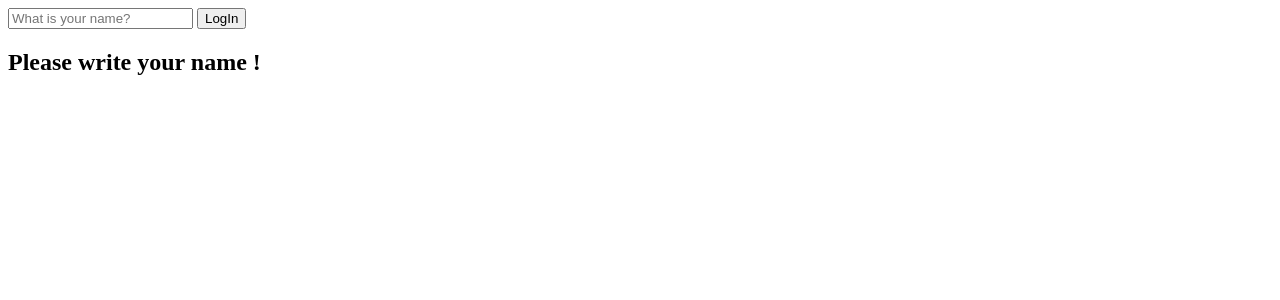
Repository: eunsuneun/js-momentum
Page: index.html
These files come from the project's save history. The page is drawn as it stood at one moment and after a run of saves; the edit follows.
The browser window is 1280 px wide. The pictures show the whole page.

Above is the page before, as saved 2021-09-01 15:02:32.

After the next 2 saves:
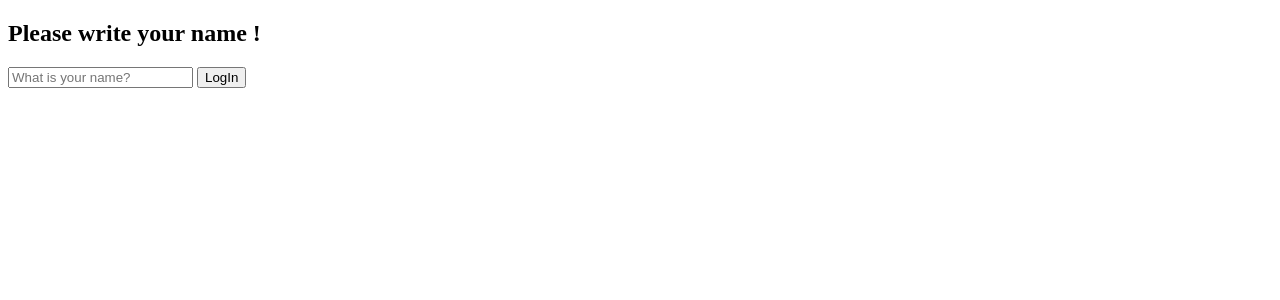
The 2 saves are shown as one change because they came seconds apart.
The last was saved 3 min 17 s later.
--- a/index.html
+++ b/index.html
@@ -9,6 +9,7 @@
   <script src="./js/clock.js"></script>
   <title>Momentum</title>
 </head>
+<h2 class="clock">00:00</h2>
 <form class="login-form hidden">
   <input type="text" placeholder="What is your name?">
   <button>LogIn</button>
@@ -16,7 +17,6 @@
 <h1 class="greeting hidden"></h1>
 <button class="logout hidden">LogOut</button>
 <p class="alert-txt hidden"></p>
-<h2 class="clock">00:00</h2>
 
 <body>
 
